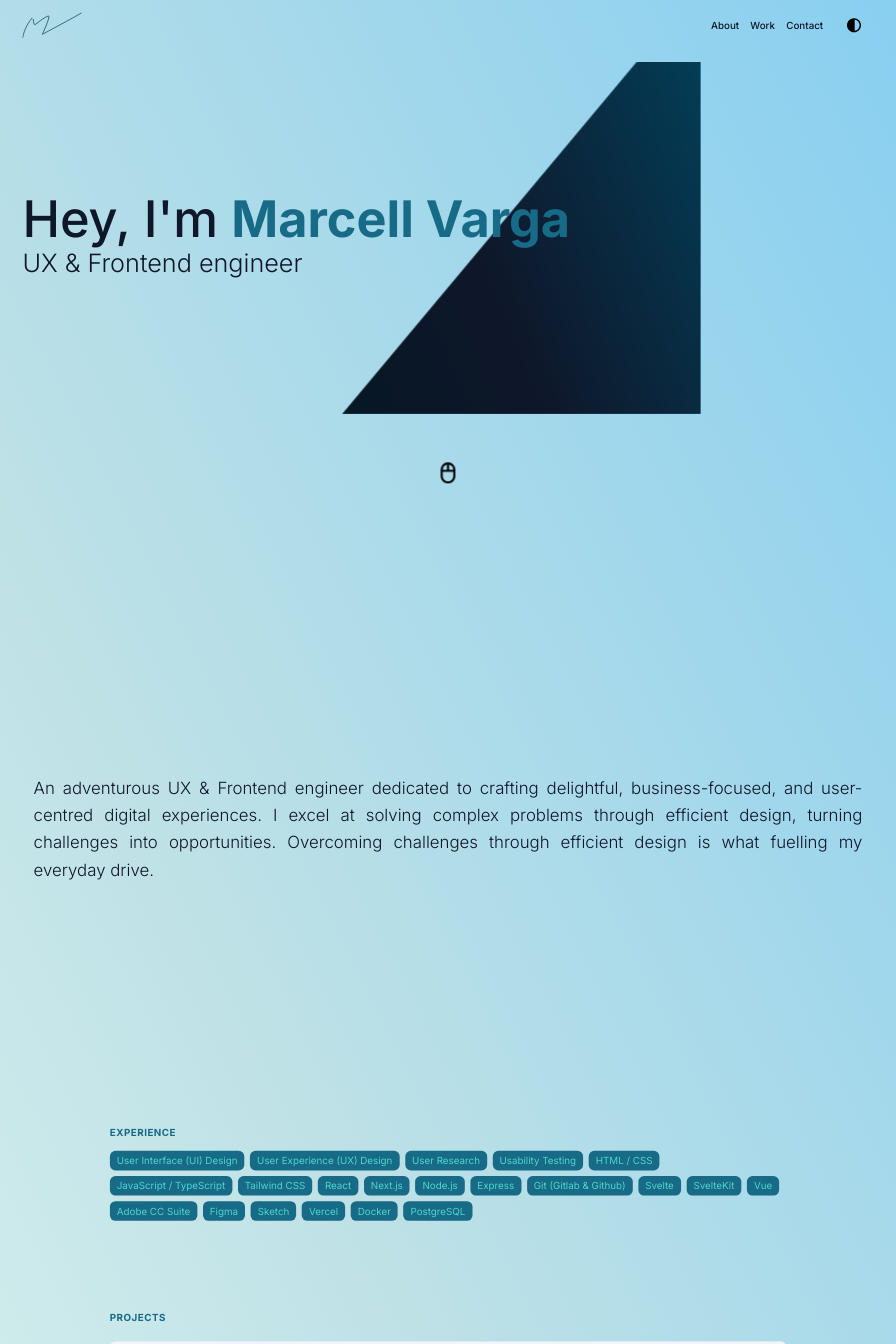
Repository: TheMarcellVarga/personal-portfolio-v.2
Page: /
These files come from the project's save history. The page is drawn as it stood at one moment and after a run of saves; the edit follows.
The browser window is 1280 px wide. The pictures show the part of the page from y = 0 to 1920 px (the page is 4294 px tall), at 70% of full size.
The project was rebuilt for these pictures with package versions that can differ from the ones it lists, and the page was loaded fresh each time. The framework's server and built-in components were replaced by stand-ins that run in the browser. Also part of the build but not shown: next.config.mjs.

Above is the page before, as saved 2024-07-19 00:34:23.

After the next 7 saves:
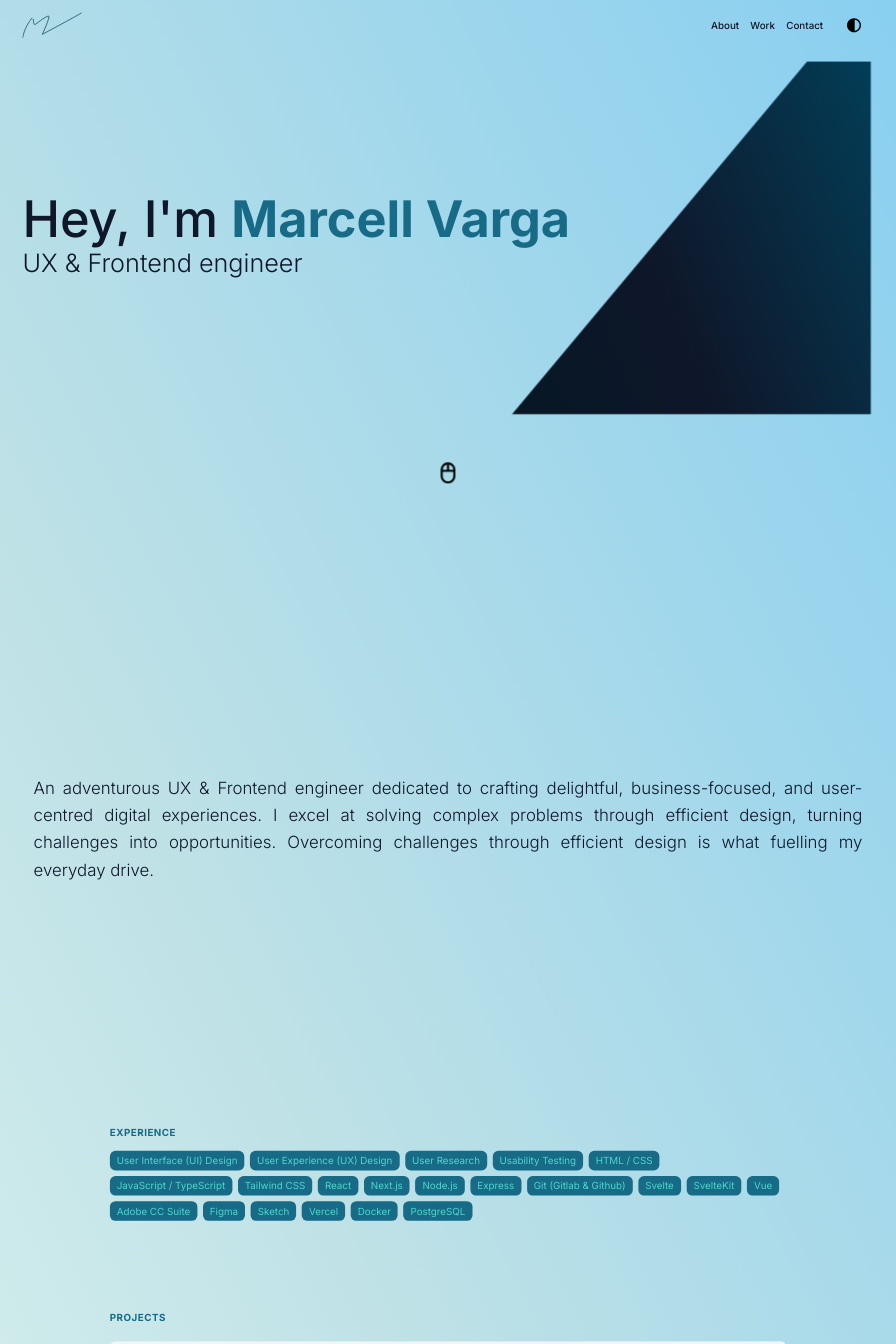
The 7 saves are shown as one change because they came seconds apart.
The last was saved 15 s later.
--- a/app/globals.css
+++ b/app/globals.css
@@ -271,7 +271,7 @@ body {
   top: 0; /* Keeps it at the top */
   left: auto;
   right: 0;
-  width: 75%; /* Adjust based on your needs */
+  width: 55%; /* Adjust based on your needs */
   height: 100%; /* Adjust based on your needs */
   z-index: 1;
 }
